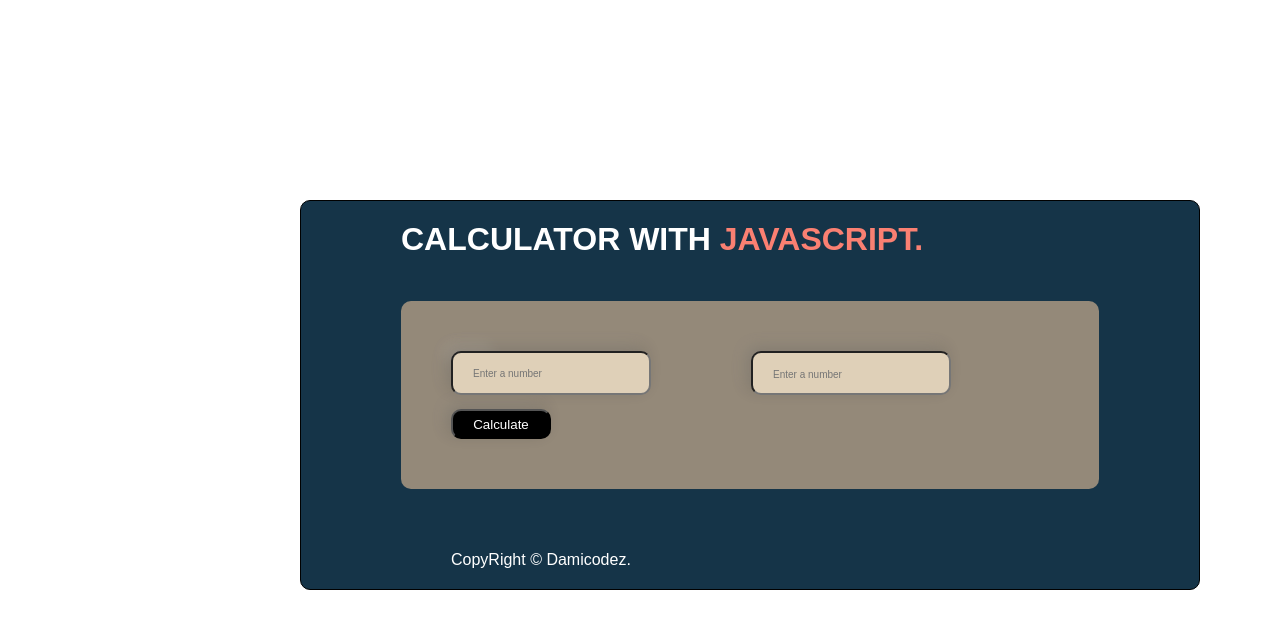
Repository: isaacCodes1/Calculator-with-js
Page: index2.html
An editor plug-in stored every save of this project. The page is shown before and after the next save, followed by the edit.
The browser window is 1280 px wide. The pictures show the whole page.
Some web fonts or font styles are not loaded; a fallback is used.

Above is the page before, as saved 2024-04-22 15:29:35.

After the next save:
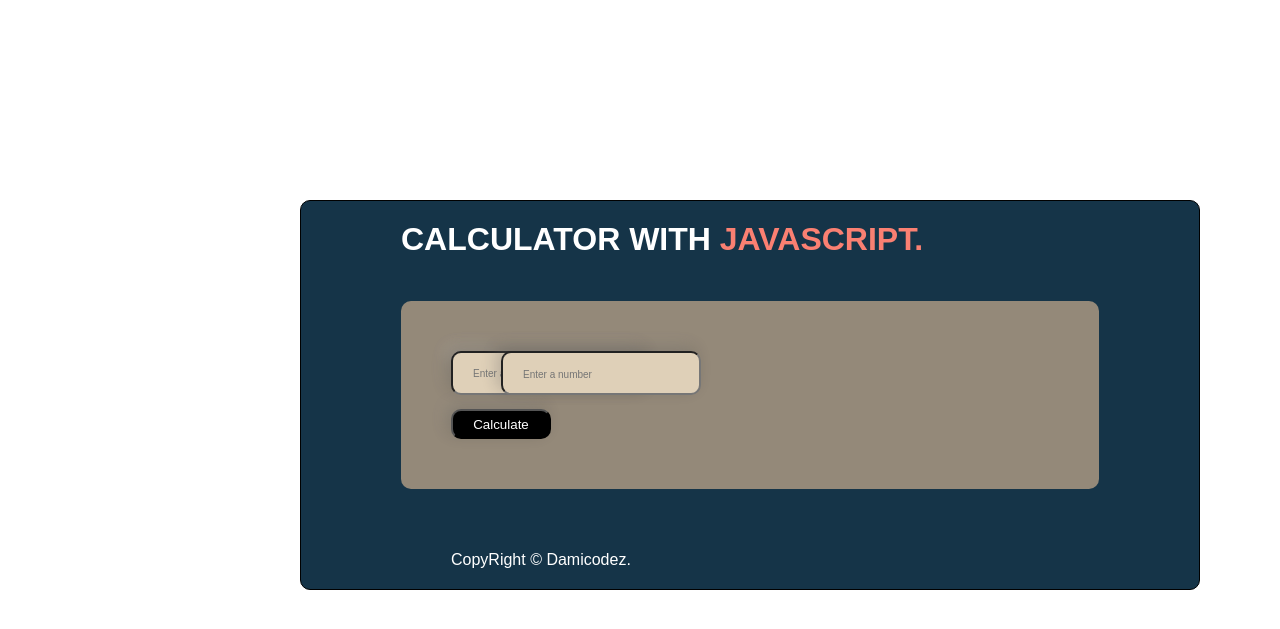
Saved 4 min 0 s later.
--- a/style.css
+++ b/style.css
@@ -72,7 +72,6 @@
   height: 40px;
   position: absolute;
   top: 150px;
-  left: 450px;
   border-radius: 10px;
   padding: 20px;
   outline: none;
